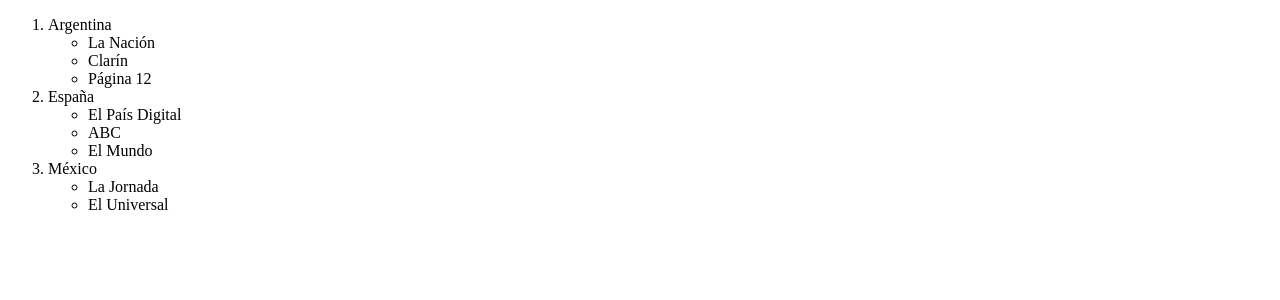
Repository: ThePerez/ArgProg
Page: Practicas ArgProg/Practica 2/Ejercicio4.html
The author's editor kept a copy of each file at every save. The page is drawn from the files as they stood at one save, then again after a run of saves.
The browser window is 1280 px wide. The pictures show the whole page.

Above is the page before, as saved 2023-03-06 13:13:18.

After the next 2 saves:
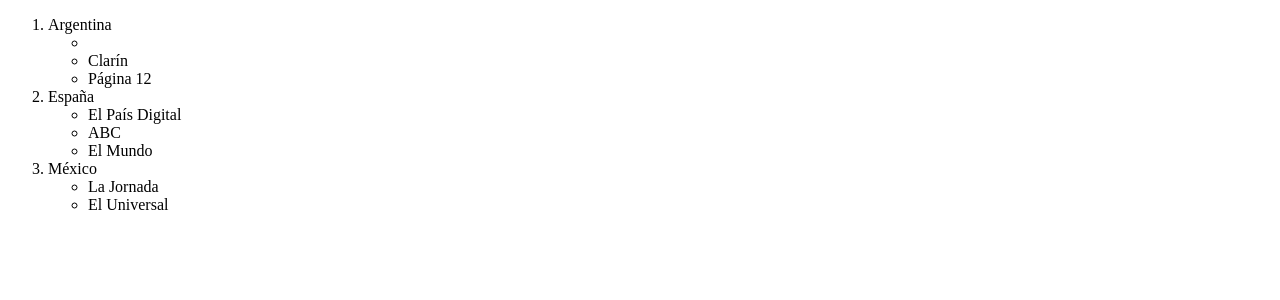
The 2 saves are shown as one change because they came seconds apart.
The last was saved 21 s later.
--- a/Practicas ArgProg/Practica 2/Ejercicio4.html
+++ b/Practicas ArgProg/Practica 2/Ejercicio4.html
@@ -12,7 +12,7 @@
      <ol>
           <li>Argentina</li>
                <ul>
-                    <li>La Nación</li>
+                    <li><a href=""></a></li>
                     <li>Clarín</li>
                     <li>Página 12</li>
                </ul>
